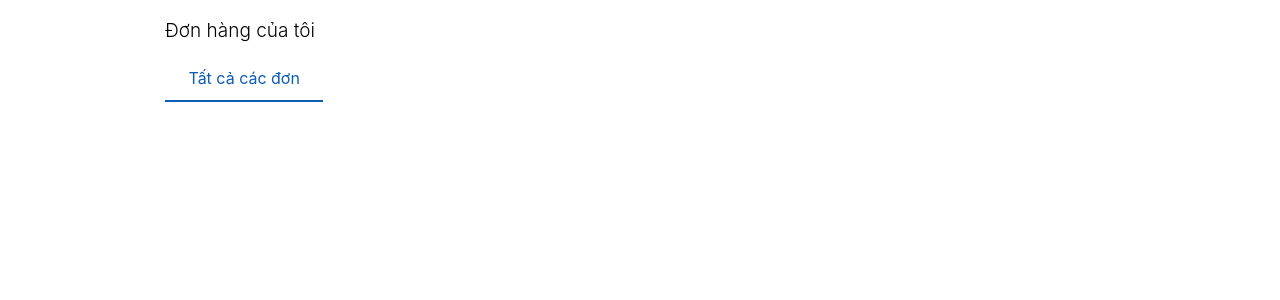
Repository: baopham2-tiki/tiki-order-listing
Page: /oderApp
An editor plug-in stored every save of this project. The page is shown before and after the next save, followed by the edit.
The browser window is 1280 px wide. The pictures show the whole page.
The project was rebuilt for these pictures with package versions that can differ from the ones it lists, and the page was loaded fresh each time. The framework's server and built-in components were replaced by stand-ins that run in the browser. Also part of the build but not shown: next.config.js.

Above is the page before, as saved 2022-11-10 00:17:14.

### pages/_app.tsx
import '../styles/globals.css'
import type { AppProps } from 'next/app'
import { store } from '../store'
import { Provider } from 'react-redux'

export default function App({ Component, pageProps }: AppProps) {
  return (
    <Provider store={store}>
      <Component {...pageProps} />
    </Provider>
  )
}

### pages/oderApp.tsx
import React from 'react'
import styled from 'styled-components'

const StyledOrderApp = styled.div`
  max-width: 950px;
  margin: 0 auto;
`
const Heading = styled.div`
  font-size: 19px;
  line-height: 21px;
  font-weight: 300;
  margin: 20px 0px 15px;
`
const StyledTabs = styled.div`
  cursor: pointer;
  background: rgb(255, 255, 255);
  width: 100%;
  display: flex;
  flex-direction: row;
  overflow: hidden;
  position: sticky;
  top: 0px;
  z-index: 10;
  .styledOderTabs {
    width: 16.6667%;
    padding: 12px 0px;
    text-align: center;
    color: rgb(13, 92, 182);
    border-bottom: 2px solid rgb(13, 92, 182);
  }
`
export default function oderApp() {
  return (
    <StyledOrderApp>
      <Heading>Đơn hàng của tôi</Heading>
      <StyledTabs>
        <div className="styledOderTabs">Tất cả các đơn</div>
      </StyledTabs>
    </StyledOrderApp>
  )
}

### store.ts
import { configureStore } from '@reduxjs/toolkit';
import counterReducer from './slices/counterSlice';

export const store = configureStore({
  reducer: {
    counter: counterReducer,
  },
});
// Infer the `RootState` and `AppDispatch` types from the store itself
export type RootState = ReturnType<typeof store.getState>;
// Inferred type: {posts: PostsState, comments: CommentsState, users: UsersState}
export type AppDispatch = typeof store.dispatch;

### slices/counterSlice.ts
import { createSlice } from '@reduxjs/toolkit';
import type { PayloadAction } from '@reduxjs/toolkit';

export interface CounterState {
  value: number;
}

const initialState: CounterState = {
  value: 0,
};

export const counterSlice = createSlice({
  name: 'counter',
  initialState,
  reducers: {
    increment: (state) => {
      state.value += 1;
    },
    decrement: (state) => {
      state.value -= 1;
    },
    incrementByAmount: (state, action: PayloadAction<number>) => {
      state.value += action.payload;
    },
  },
});

// Action creators are generated for each case reducer function
export const { increment, decrement, incrementByAmount } = counterSlice.actions;

export default counterSlice.reducer;

Loaded but not shown: styles/globals.css (common file)

After the next save:
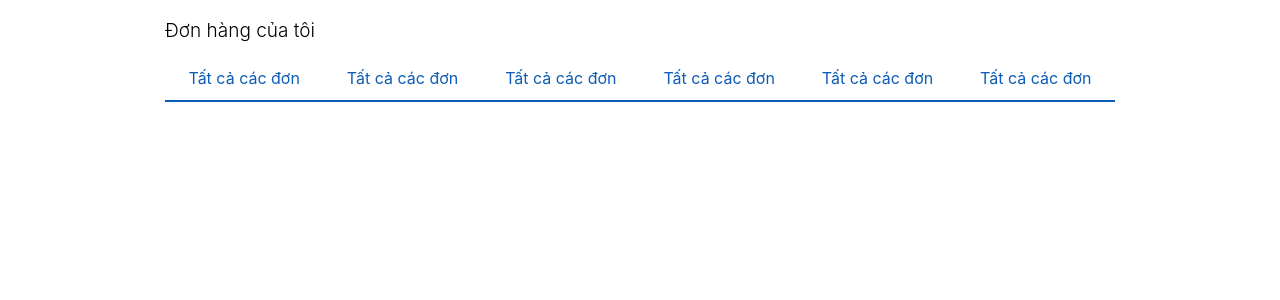
Saved 9 s later.
--- a/pages/oderApp.tsx
+++ b/pages/oderApp.tsx
@@ -35,6 +35,11 @@ export default function oderApp() {
       <Heading>Đơn hàng của tôi</Heading>
       <StyledTabs>
         <div className="styledOderTabs">Tất cả các đơn</div>
+        <div className="styledOderTabs">Tất cả các đơn</div>
+        <div className="styledOderTabs">Tất cả các đơn</div>
+        <div className="styledOderTabs">Tất cả các đơn</div>
+        <div className="styledOderTabs">Tất cả các đơn</div>
+        <div className="styledOderTabs">Tất cả các đơn</div>
       </StyledTabs>
     </StyledOrderApp>
   )
